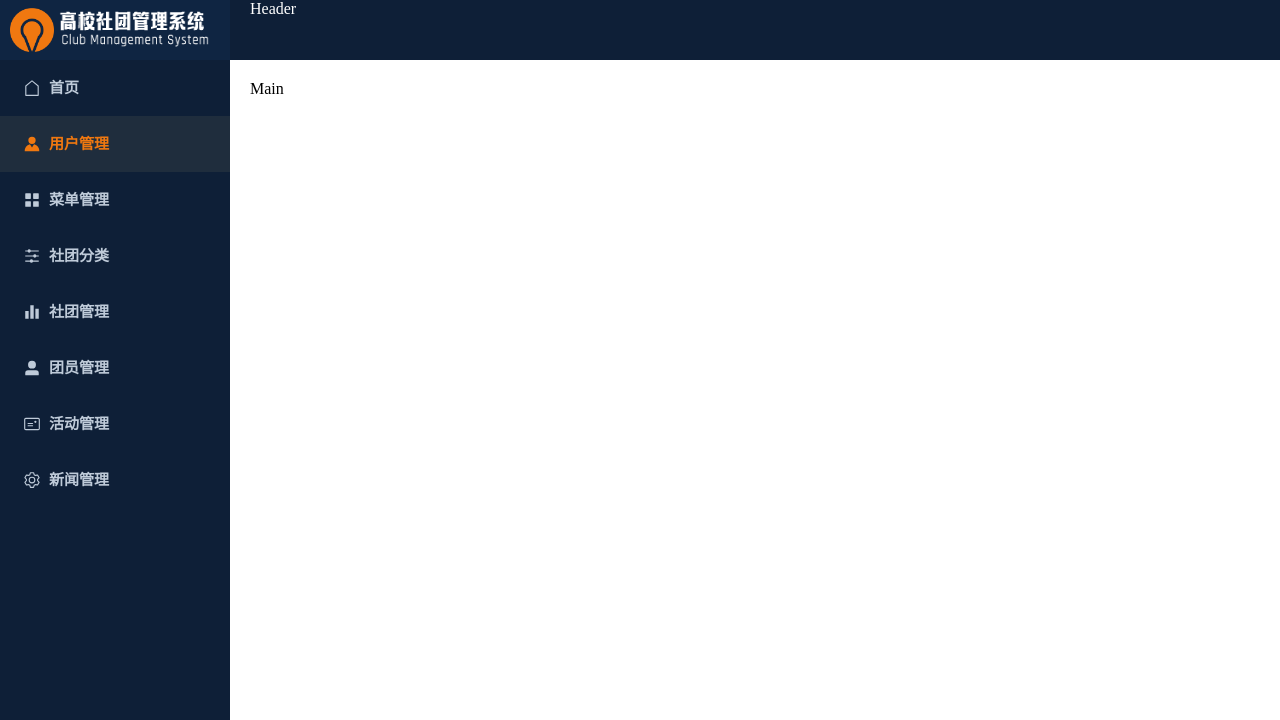
Repository: SanaatanX/Web-Engineering
Page: /home (app in 后台管理系统/team-admin/)
An editor plug-in stored every save of this project. The page is shown before and after the next save, followed by the edit.
The browser window is 1280 px wide. The pictures show the whole page.
The project was rebuilt for these pictures with package versions that can differ from the ones it lists, and the page was loaded fresh each time. Also part of the build but not shown: 后台管理系统/team-admin/vite.config.ts.

Above is the page before, as saved 2025-05-14 21:01:22.

### 后台管理系统/team-admin/index.html
<!DOCTYPE html>
<html lang="en">
  <head>
    <meta charset="UTF-8" />
    <link rel="icon" href="/favicon.ico" />
    <meta name="viewport" content="width=device-width, initial-scale=1.0" />
    <title>Vite App</title>
  </head>
  <body>
    <div id="app"></div>
    <script type="module" src="/src/main.ts"></script>
  </body>
</html>
<style>
  html,body,#app{
    padding: 0px;
    margin: 0px;
    height: 100%;
  }
</style>

### 后台管理系统/team-admin/src/main.ts
import { createApp } from 'vue'
import router from './router/index'
//引入element plus
import ElementPlus from 'element-plus'
import 'element-plus/dist/index.css'
import * as ElementPlusIconsVue from '@element-plus/icons-vue'
//记得注释
// import './style.css'
import App from './App.vue'
//引入Pinia构造函数
import { createPinia } from 'pinia'
// 实例化 Pinia
const pinia = createPinia()
// createApp(App).mount('#app')
const app = createApp(App);
app.use(ElementPlus).use(router).use(pinia).mount('#app')
//全局注册图标组件
for (const [key, component] of Object.entries(ElementPlusIconsVue)) {
    app.component(key, component)
}

### 后台管理系统/team-admin/src/router/index.ts
import { createRouter, createWebHistory, RouteRecordRaw } from 'vue-router'
import Layout from '@/layout/index.vue'

const routes: Array<RouteRecordRaw> = [
  {
    path: '/home',
    name: 'home',
    component: Layout
  }
]

const router = createRouter({
  history: createWebHistory(),
  routes
})

export default router

### 后台管理系统/team-admin/src/App.vue
<template>
  <router-view/>
</template>

<style lang="scss">
</style>

### 后台管理系统/team-admin/src/layout/index.vue
<template>
  <el-container class="mycontainer">
    <el-aside class="myaside" width="230px">
      <Menu></Menu>
    </el-aside>
    <el-container>
      <el-header class="myheader">Header</el-header>
      <el-main class="mymain">Main</el-main>
    </el-container>
  </el-container>
</template>

<script setup lang="ts">
import Menu from './Menu.vue';
</script>

<style scoped lang="scss">
.mycontainer{
    height: 100%;
    .myaside{
      background-color: #0e1f37;
    }
    .myheader{
      background-color: #0e1f37;
      color: #FFF;
    }
    .mymain{
        // background-color: goldenrod;
    }
}
</style>

### 后台管理系统/team-admin/src/layout/Menu.vue
<template>
  <MenuLogo></MenuLogo>
  <el-menu
    default-active="1"
    class="el-menu-vertical-demo"
    :collapse="isCollapse"
    @open="handleOpen"
    @close="handleClose"
    active-text-color="#f07810"
    background-color="#0e1f37"
  >
  <el-menu-item index="0">
      <el-icon><House /></el-icon>
      <template #title>首页</template>
    </el-menu-item>
    <el-menu-item index="1">
      <el-icon><Avatar /></el-icon>
      <template #title>用户管理</template>
    </el-menu-item>
    <el-menu-item index="2">
      <el-icon><Menu /></el-icon>
      <template #title>菜单管理</template>
    </el-menu-item>
    <el-menu-item index="3">
      <el-icon><Operation /></el-icon>
      <template #title>社团分类</template>
    </el-menu-item>
    <el-menu-item index="4">
      <el-icon><Histogram /></el-icon>
      <template #title>社团管理</template>
    </el-menu-item>
    <el-menu-item index="5">
      <el-icon><UserFilled /></el-icon>
      <template #title>团员管理</template>
    </el-menu-item>
    <el-menu-item index="6">
      <el-icon><Postcard /></el-icon>
      <template #title>活动管理</template>
    </el-menu-item>
    <el-menu-item index="7">
      <el-icon><setting /></el-icon>
      <template #title>新闻管理</template>
    </el-menu-item>
  </el-menu>
</template>

<script setup lang="ts">
import { ref } from "vue";
import MenuLogo from "./MenuLogo.vue";
const isCollapse = ref(false);
const handleOpen = (key: string, keyPath: string[]) => {
  console.log(key, keyPath);
};
const handleClose = (key: string, keyPath: string[]) => {
  console.log(key, keyPath);
};
</script>

<style scoped>
.el-menu-vertical-demo:not(.el-menu--collapse) {
  width: 230px;
  min-height: 400px;
}
.el-menu {
  border-right: none;
}
.el-menu .el-menu-item {
  color: #bfcbd9;
  font-size: 15px;
  font-weight: bold;
}
.el-menu-item.is-active {
  color: #f07810 !important;
  background-color: #1f2d3d !important;
}
/* 鼠标移动菜单的颜色 */

:deep(.el-menu-item:hover) {
  background-color: #001528 !important;
}
</style>

### 后台管理系统/team-admin/src/layout/MenuLogo.vue
<template>
    <div class="mylogo">
        <img class="logo" :src="logo" />
        <img class="title" :src="title" />
    </div>
</template>

<script setup lang="ts">
import logo from '@/assets/logo.png'
import title from '@/assets/title.png'
</script>

<style scoped lang="scss">
.mylogo{
    height: 60px;
    background-color: #0f2542;
    color: #FFF;
    display: flex;
    align-items: center;
    .logo{
        height: 44px;
        width: 44px;
        margin-left: 10px;
        margin-right: 5px;
    }
    .title{
        width: 150px;
        height: 50px;
    }
}
</style>

### 后台管理系统/team-admin/src/layout/collapse.vue
<template>
  <el-icon :size="30" style="cursor: pointer;color: #FFF;" @click="iconClick">
    <!-- 动态组件:有些场景会需要在两个组件间来回切换 -->
    <component :is="status ? Expand : Fold"></component>
  </el-icon>
</template>

<script setup lang="ts">
import { Expand,Fold } from "@element-plus/icons-vue";
import { computed } from 'vue';
import { menuStore } from '@/store/menu';
const store = menuStore()
const status = computed(()=>{
    return store.getCollapse
})
const iconClick = ()=>{
    store.setCollapse()
}
</script>

<style scoped></style>

### 后台管理系统/team-admin/src/store/menu/index.ts
//引入store
import { defineStore } from "pinia";
//定义一个自己的store
export const menuStore = defineStore('menuStore', {
    //存储数据地方，存储count
    state: () => ({
        isCollapse: false
    }),
    //获取state里面的数据
    getters: {
        getCollapse(state){
            return state.isCollapse
        }
    },
    //操作state里面的数据
    actions: {
        setCollapse() {
            this.isCollapse = !this.isCollapse
        }
    }
})

After the next save:
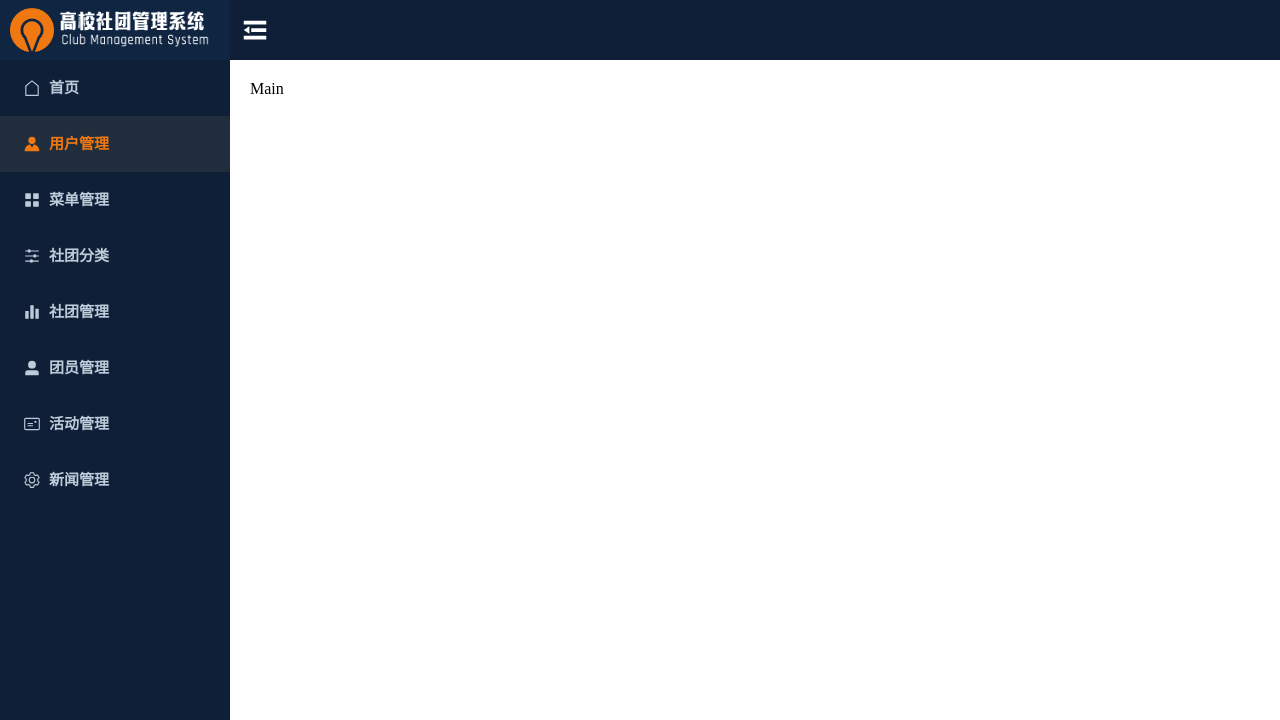
Saved 9 s later.
--- a/后台管理系统/team-admin/src/layout/index.vue
+++ b/后台管理系统/team-admin/src/layout/index.vue
@@ -1,10 +1,12 @@
 <template>
   <el-container class="mycontainer">
-    <el-aside class="myaside" width="230px">
+    <el-aside class="myaside" width="auto">
       <Menu></Menu>
     </el-aside>
     <el-container>
-      <el-header class="myheader">Header</el-header>
+      <el-header class="myheader">
+        <collapse></collapse>
+      </el-header>
       <el-main class="mymain">Main</el-main>
     </el-container>
   </el-container>
@@ -12,6 +14,7 @@
 
 <script setup lang="ts">
 import Menu from './Menu.vue';
+import collapse from './collapse.vue';
 </script>
 
 <style scoped lang="scss">
@@ -21,8 +24,11 @@ import Menu from './Menu.vue';
       background-color: #0e1f37;
     }
     .myheader{
+      display: flex;
+      align-items: center;
       background-color: #0e1f37;
       color: #FFF;
+      padding: 0px 10px;
     }
     .mymain{
         // background-color: goldenrod;
